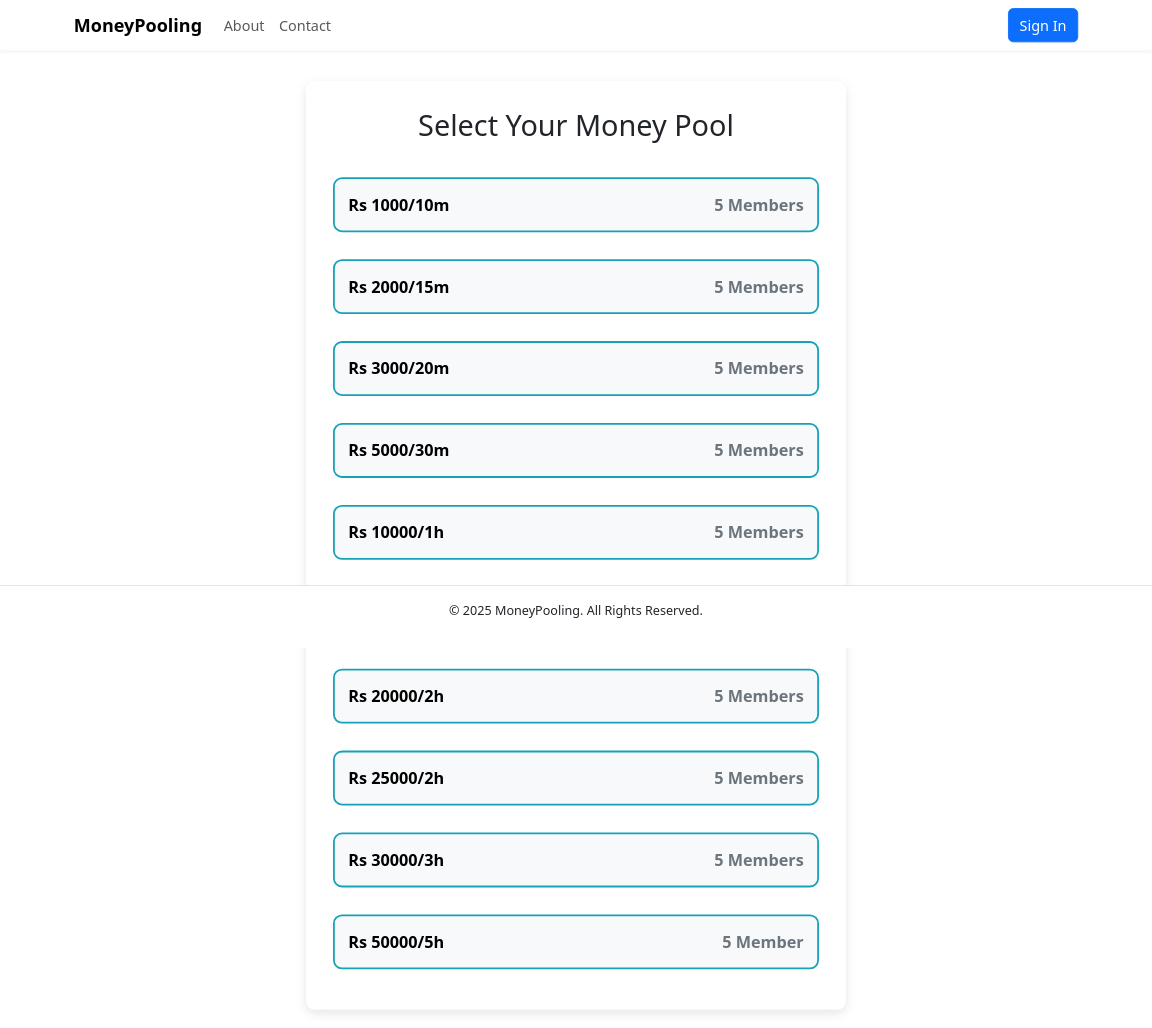
Repository: xxgautm420/MoneyPool
Page: templates/Index.html
The author's editor kept a copy of each file at every save. The page is drawn from the files as they stood at one save, then again after the next save.
The browser window is 1280 px wide. The pictures show the whole page, at 90% of full size.
The page is served by the project's application, run on Flask 3 (app.py). The template is opened directly, without the code that normally fills it, so the values that code supplies are empty.

Above is the page before, as saved 2025-03-02 11:29:29.

After the next save:
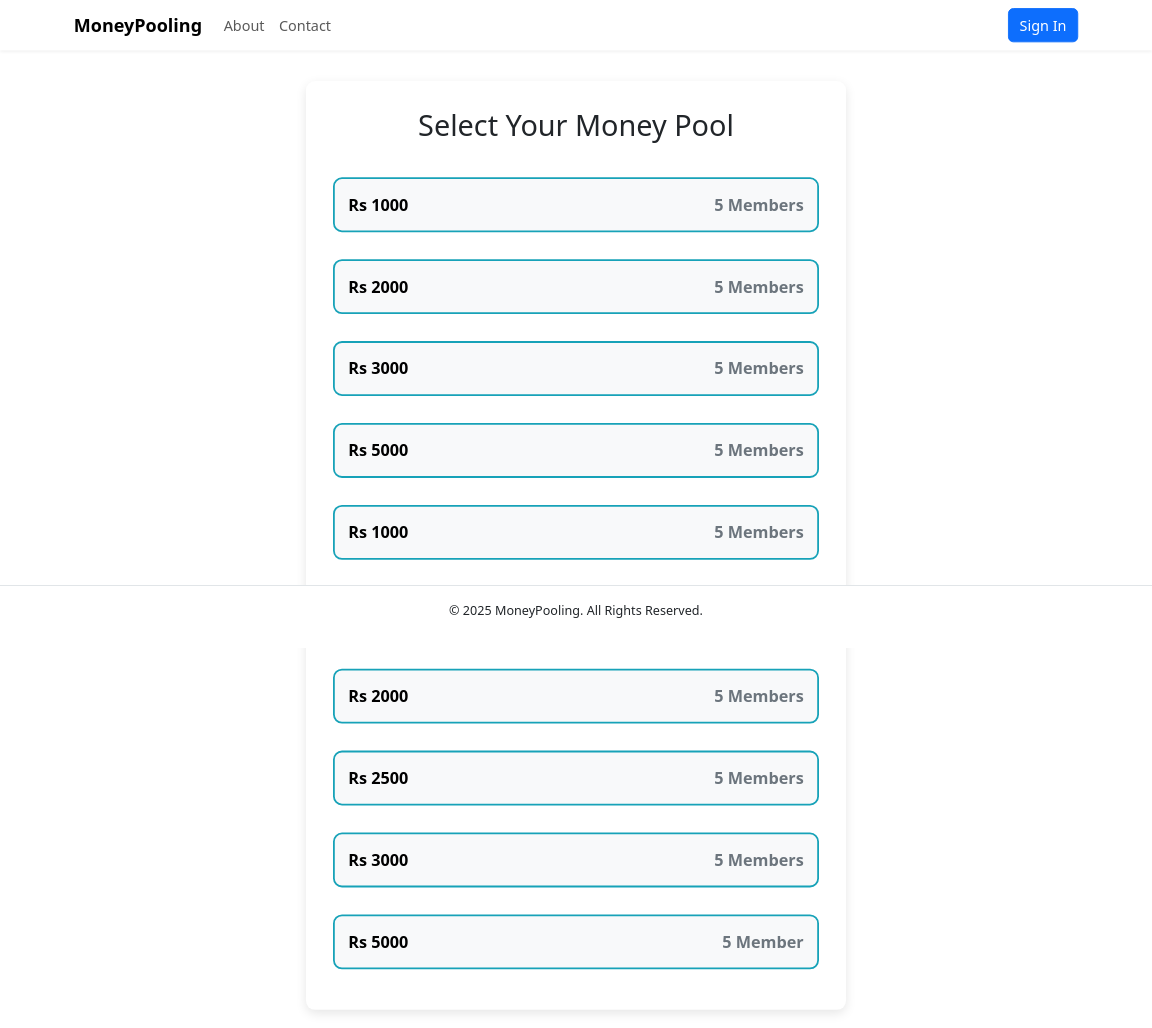
Saved 75 s later.
--- a/templates/Index.html
+++ b/templates/Index.html
@@ -57,16 +57,16 @@
     <div class="main-container">
         <h2 class="text-center mb-4">Select Your Money Pool</h2>
         <div class="slot-container">
-            <button class="slot"><span>Rs 1000/10m</span> <span class="members">5 Members</span></button>
-            <button class="slot"><span>Rs 2000/15m</span> <span class="members">5 Members</span></button>
-            <button class="slot"><span>Rs 3000/20m</span> <span class="members">5 Members</span></button>
-            <button class="slot"><span>Rs 5000/30m</span> <span class="members">5 Members</span></button>
-            <button class="slot"><span>Rs 10000/1h</span> <span class="members">5 Members</span></button>
-            <button class="slot"><span>Rs 15000/1h</span> <span class="members">5 Members</span></button>
-            <button class="slot"><span>Rs 20000/2h</span> <span class="members">5 Members</span></button>
-            <button class="slot"><span>Rs 25000/2h</span> <span class="members">5 Members</span></button>
-            <button class="slot"><span>Rs 30000/3h</span> <span class="members">5 Members</span></button>
-            <button class="slot"><span>Rs 50000/5h</span> <span class="members">5 Member</span></button>
+            <button class="slot"><span>Rs 1000</span> <span class="members">5 Members</span></button>
+            <button class="slot"><span>Rs 2000</span> <span class="members">5 Members</span></button>
+            <button class="slot"><span>Rs 3000</span> <span class="members">5 Members</span></button>
+            <button class="slot"><span>Rs 5000</span> <span class="members">5 Members</span></button>
+            <button class="slot"><span>Rs 1000</span> <span class="members">5 Members</span></button>
+            <button class="slot"><span>Rs 1500</span> <span class="members">5 Members</span></button>
+            <button class="slot"><span>Rs 2000</span> <span class="members">5 Members</span></button>
+            <button class="slot"><span>Rs 2500</span> <span class="members">5 Members</span></button>
+            <button class="slot"><span>Rs 3000</span> <span class="members">5 Members</span></button>
+            <button class="slot"><span>Rs 5000</span> <span class="members">5 Member</span></button>
         </div>
     </div>
 
